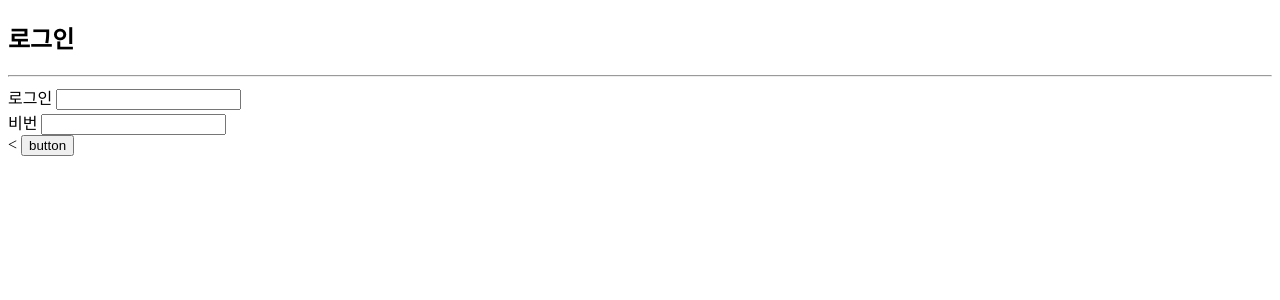
Repository: dongseon-git/WEB_JSP
Page: http://localhost/studyhtml5/jsp/j05/j05_01/login.jsp
The author's editor kept a copy of each file at every save. The page is drawn from the files as they stood at one save, then again after the next save.
The browser window is 1280 px wide. The pictures show the whole page.
The page is served by Tomcat 9. Nobody is signed in. The application's start-up code is not run.

Above is the page before, as saved 2022-05-20 03:32:09.

After the next save:
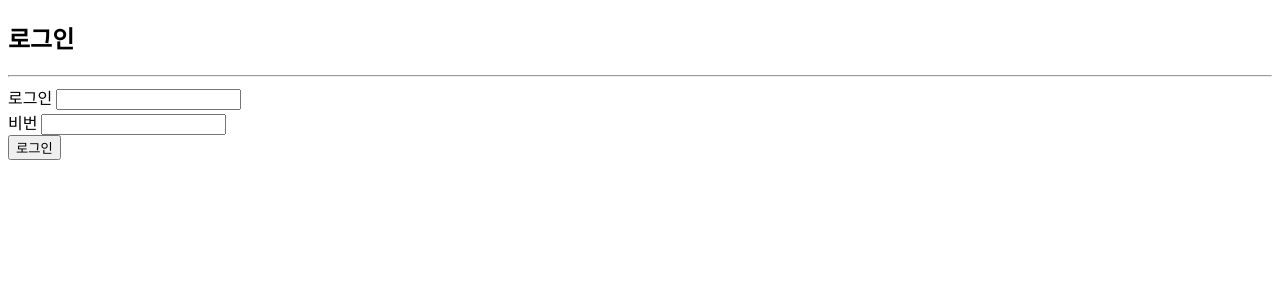
Saved 19 s later.
--- a/workspace/studyhtml5/WebContent/jsp/j05/j05_01/login.jsp
+++ b/workspace/studyhtml5/WebContent/jsp/j05/j05_01/login.jsp
@@ -20,8 +20,8 @@
 <input type="password" name="passwd" id="passwd">
 </div>
 <div>
-<
-<input type="submit" value="button">
+
+<input type="submit" value="로그인">
 </div>
 </form>
 </body>
